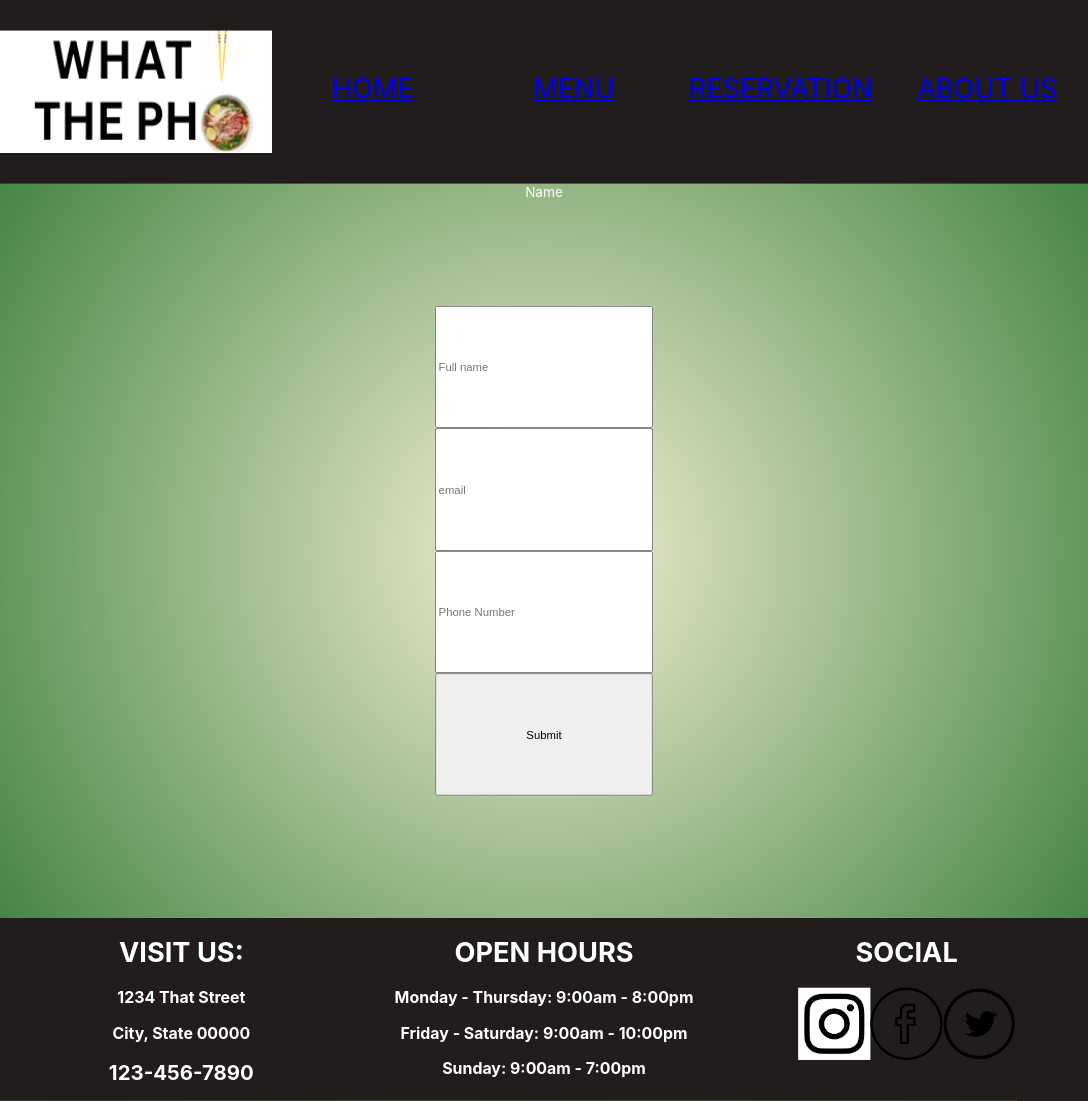
Repository: NguyenkhDang/Restaurant-Website
Page: /reservation
The author's editor kept a copy of each file at every save. The page is drawn from the files as they stood at one save, then again after the next save.
The browser window is 1280 px wide. The pictures show the whole page, at 85% of full size.
The project was rebuilt for these pictures with package versions that can differ from the ones it lists, and the page was loaded fresh each time. Also part of the build but not shown: src/CSS/Readmore.css, src/Readmore.js, src/CSS/SectionContainer.css, src/SectionContainer.js, src/CSS/Home.css, src/Pages/HomePage.js, src/Pages/MenuPage.js, src/Pages/AboutUsPage.js and 1 more.

Above is the page before, as saved 2026-01-18 14:23:51.

After the next save:
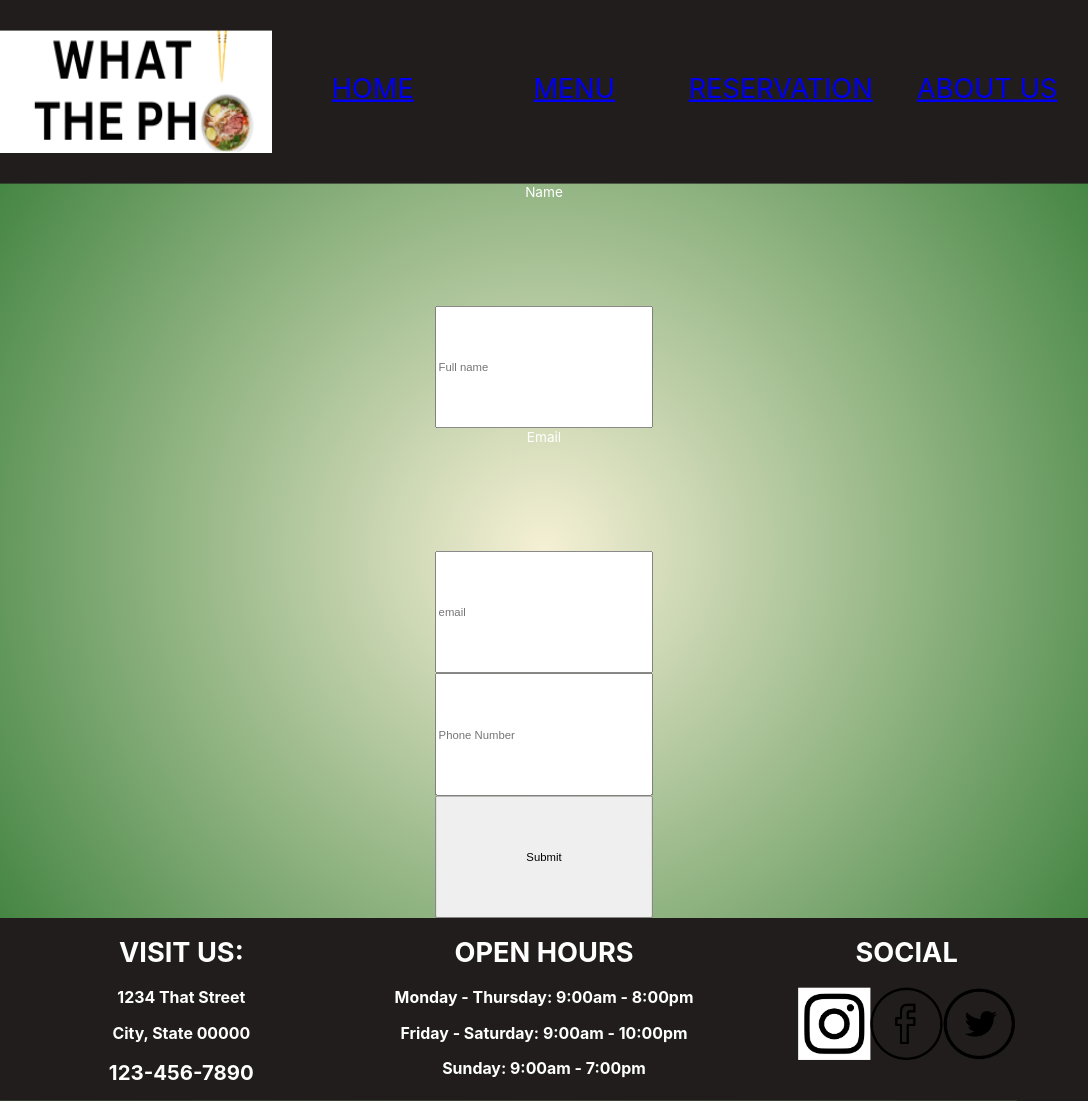
Saved 23 s later.
--- a/src/ReservationForm.js
+++ b/src/ReservationForm.js
@@ -45,10 +45,11 @@ const ReservationForm = () =>{
           placeholder="Full name"
           required
         />
-
+      <label for="email">Email</label>
       <input
         type="email"
         name="Email"
+        id="email"
         placeholder="email"
         required
       />
